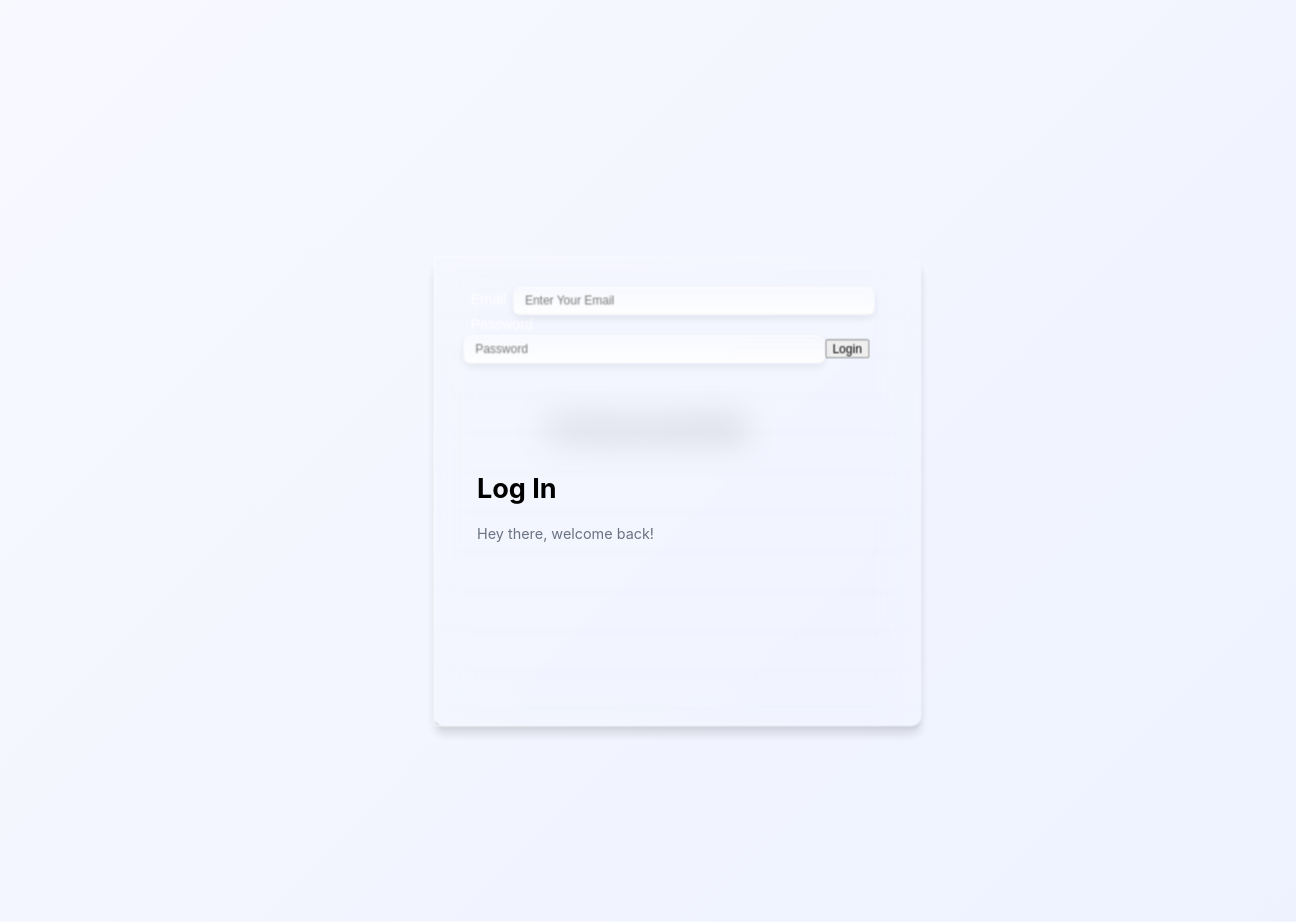
Repository: AfifaNoor/Admin_Panel-React-
Page: /
An editor plug-in stored every save of this project. The page is shown before and after the next save, followed by the edit.
The browser window is 1280 px wide. The page is 1440 px wide, so the pictures cover 1440 px, including what lies to the right of the window. The pictures show the whole page, at 90% of full size.
The project was rebuilt for these pictures with package versions that can differ from the ones it lists, and the page was loaded fresh each time. Also part of the build but not shown: src/SignUp.jsx.

Above is the page before, as saved 2025-07-10 16:01:01.

After the next save:
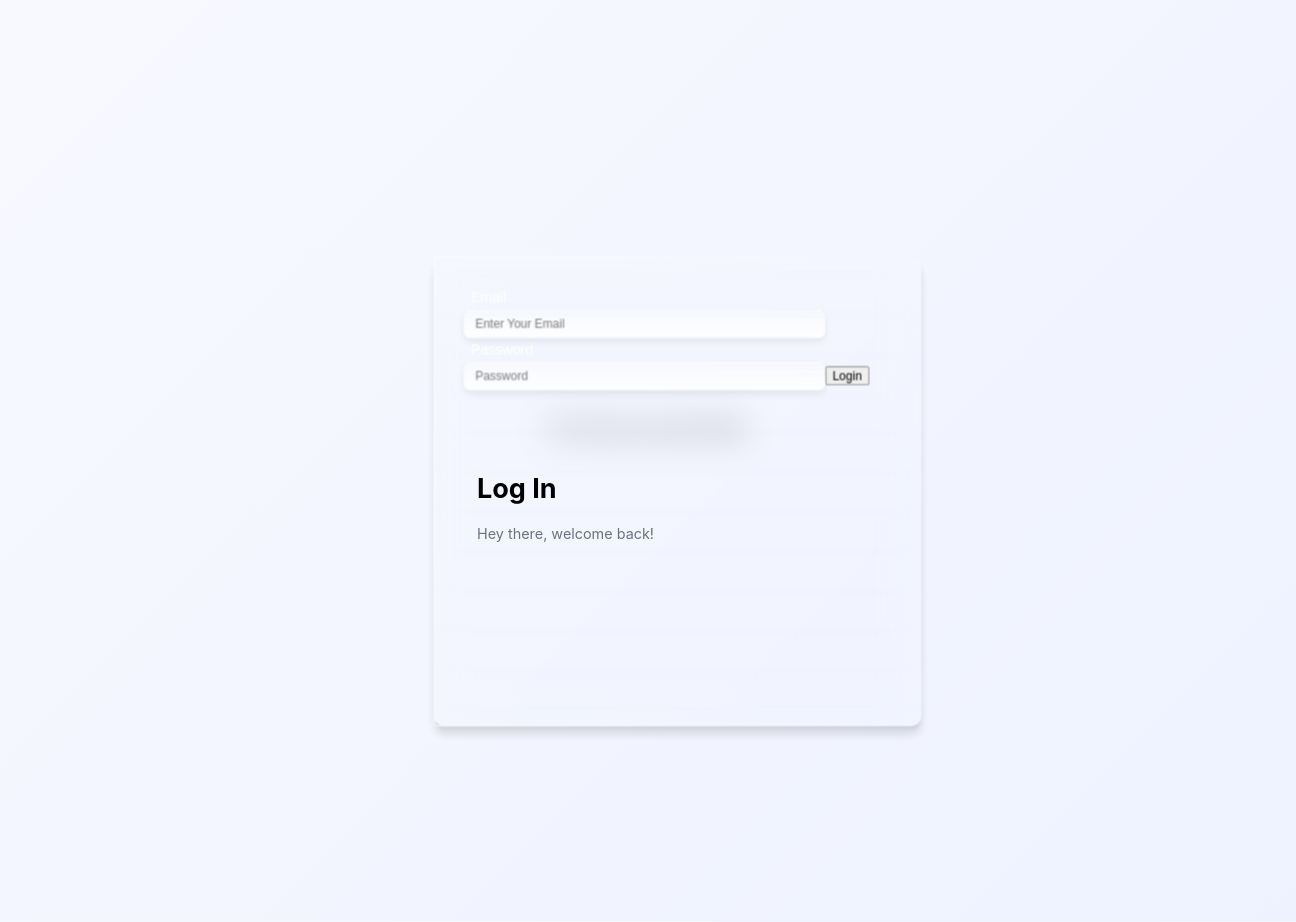
Saved 5 s later.
--- a/src/LoginPage.css
+++ b/src/LoginPage.css
@@ -97,7 +97,7 @@
 border-radius: 6px;
 padding: 2px 8px;
 cursor: pointer;
-
+display: inline-grid;
 
 }
 

After the save that followed:
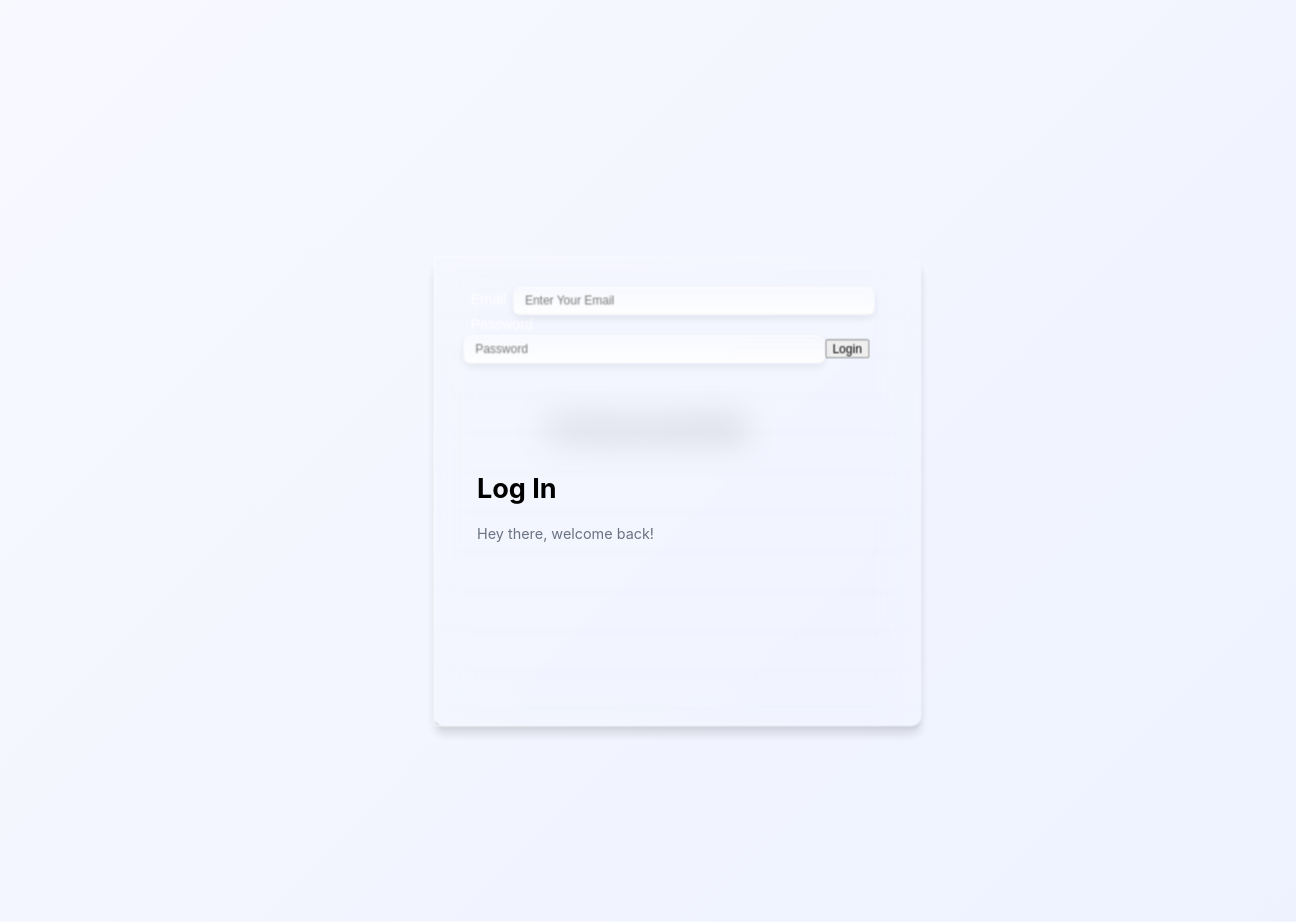
Saved 17 s later.
--- a/src/LoginPage.css
+++ b/src/LoginPage.css
@@ -97,7 +97,7 @@
 border-radius: 6px;
 padding: 2px 8px;
 cursor: pointer;
-display: inline-grid;
+display: inline-;
 
 }
 
